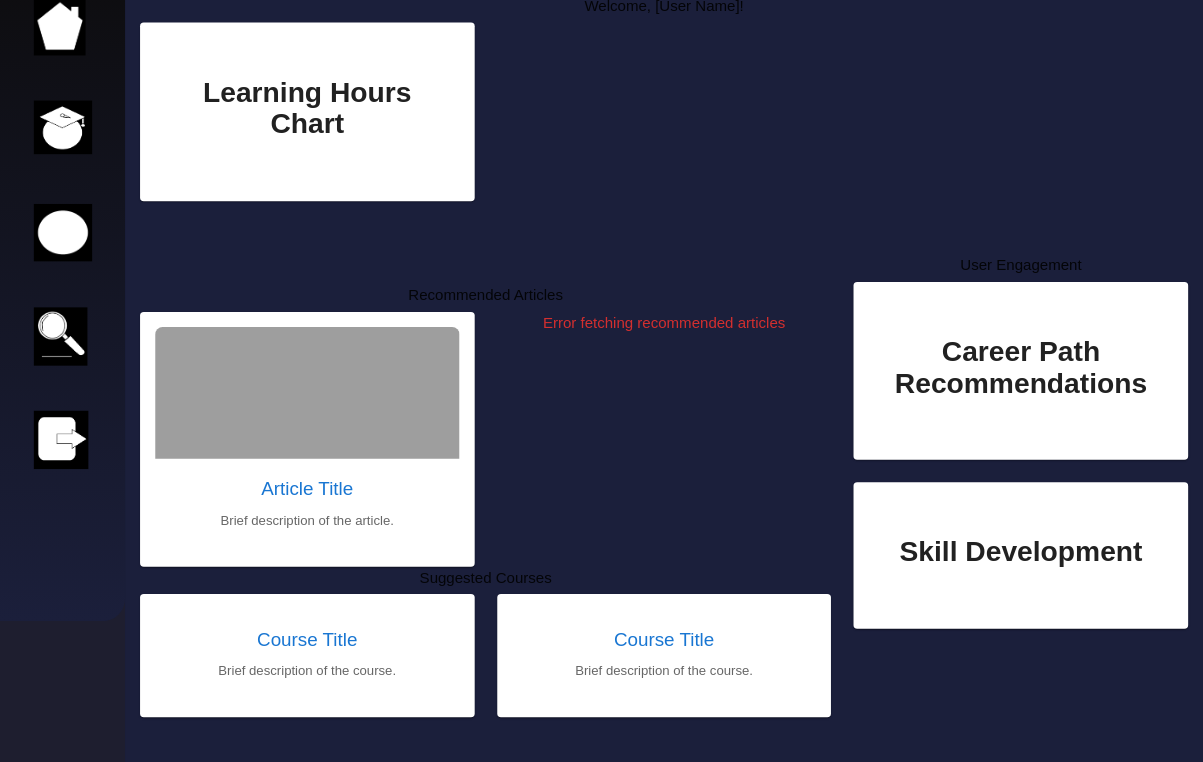
Repository: jvt2/OnlineCourseApp
Page: /dashboard
The author's editor kept a copy of each file at every save. The page is drawn from the files as they stood at one save, then again after the next save.
The browser window is 1280 px wide. The pictures show the whole page, at 94% of full size.
Pictures or frames that could not be fetched are drawn as grey boxes. The page's requests for data from a server got no answer. The project was rebuilt for these pictures with package versions that can differ from the ones it lists, and the page was loaded fresh each time. No one was signed in, and anything a server would have sent is missing. Also part of the build but not shown: src/features/auth/Register.js, src/features/auth/Login.js, src/features/courses/ResumeUpload.js, src/features/courses/CourseRecommendations.js, src/components/common/MyModal.js, src/features/courses/CourseCatalog.js, src/features/courses/CourseDetail.js, src/components/common/Navbar.js and 3 more. Imported but missing from the stored project, and not drawn on this page: src/app/reportWebVitals.

Above is the page before, as saved 2024-07-20 15:15:58.

### src/index.js
import React from 'react';
import ReactDOM from 'react-dom/client';
import { Provider } from 'react-redux';
import store from './redux/store';
import './index.css';
import App from './app/App';
import reportWebVitals from './app/reportWebVitals';

const root = ReactDOM.createRoot(document.getElementById('root'));
root.render(
  <React.StrictMode>
    <App />
  </React.StrictMode>
);

// If you want to start measuring performance in your app, pass a function
// to log results (for example: reportWebVitals(console.log))
// or send to an analytics endpoint. Learn more: https://bit.ly/CRA-vitals
reportWebVitals();

### src/redux/store.js
// src/redux/store.js

import { configureStore } from '@reduxjs/toolkit';
import userReducer from './userReducer';

const store = configureStore({
  reducer: {
    user: userReducer,
  },
});

export default store;

### src/redux/userReducer.js
// src/redux/userReducer.js
// src/redux/userReducer.js
import { createSlice } from '@reduxjs/toolkit';

const initialState = {
  id: null,
  email: null,
  token: null,
};

const userSlice = createSlice({
  name: 'user',
  initialState,
  reducers: {
    logIn(state, action) {
      state.id = action.payload.id;
      state.email = action.payload.email;
      state.token = action.payload.token;
    },
    logOut(state) {
      state.id = null;
      state.email = null;
      state.token = null;
    },
  },
});

export const { logIn, logOut } = userSlice.actions;
export default userSlice.reducer;

### src/app/App.css
/* App.css */
:root {
  --primary-bg-color: #1E1E2F;
  --secondary-bg-color: #282840;
  --primary-text-color: #F5F5F5;
  --link-color: #61dafb;
  --accent-color: #FF6B6B;
  --navbar-height: 4rem;
  --content-padding: 20px;
  --border-radius: 8px;
  --transition-duration: 0.3s;
  --gradient-bg-color: linear-gradient(120deg, #84fab0 0%, #8fd3f4 100%);
}

.App {
  text-align: center;
  font-family: 'Arial', sans-serif;
  background-color: var(--primary-bg-color);
}

.App-logo {
  height: 40vmin;
  pointer-events: none;
  filter: drop-shadow(0 0 10px var(--accent-color));
}

.App-header {
  background-color: var(--secondary-bg-color);
  min-height: 100vh;
  display: flex;
  flex-direction: column;
  align-items: center;
  justify-content: center;
  font-size: calc(10px + 2vmin);
  color: var(--primary-text-color);
  border-bottom-left-radius: var(--border-radius);
  border-bottom-right-radius: var(--border-radius);
}

.App-link {
  color: var(--link-color);
  transition: color var(--transition-duration);
}

.App-link:hover {
  color: var(--accent-color);
}

@media (prefers-reduced-motion: no-preference) {
  .App-logo {
    animation: App-logo-spin infinite 20s linear;
  }
}

@keyframes App-logo-spin {
  from {
    transform: rotate(0deg);
  }
  to {
    transform: rotate(360deg);
  }
}

.site-navbar {
  display: flex;
  align-items: center;
  background: var(--gradient-bg-color);
  padding: 10px 20px;
  height: var(--navbar-height);
  font-weight: 500;
  box-shadow: 0 4px 6px rgba(0, 0, 0, 0.1);
}

.navbar-nav {
  display: flex;
  align-items: center;
  list-style: none;
  margin: 0;
  padding: 0;
  flex-grow: 1;
  justify-content: center;
}

.nav-item {
  display: flex;
  align-items: center;
  justify-content: center;
  text-decoration: none;
  color: var(--primary-text-color);
  padding: 15px 25px;
  transition: all 0.3s ease-in-out;
  border-radius: var(--border-radius);
  position: relative;
}

.nav-item:before {
  content: '';
  position: absolute;
  top: 0;
  left: 0;
  width: 0;
  height: 100%;
  background: var(--accent-color);
  border-radius: var(--border-radius);
  transition: width 0.3s ease-in-out;
  z-index: -1;
}

.nav-item:hover:before {
  width: 100%;
}

.nav-item:hover {
  color: var(--secondary-bg-color);
  box-shadow: 0 4px 8px rgba(0, 0, 0, 0.2);
  text-decoration: none;
}

.navbar-brand {
  margin-right: auto;
  color: var(--primary-text-color);
  font-size: 1.5em;
  font-weight: bold;
}

.App-content {
  padding: var(--content-padding);
  color: var(--primary-text-color);
}

.App-footer {
  text-align: center;
  padding: var(--content-padding);
  background-color: var(--secondary-bg-color);
  color: var(--primary-text-color);
  box-shadow: 0 -4px 6px rgba(0, 0, 0, 0.1);
}

.course-recommendations {
  width: 80%;
  margin: auto;
  background: #f9f9f9;
  padding: 20px;
  border-radius: 5px;
  box-shadow: 0px 0px 10px rgba(0, 0, 0, 0.1);
}

.course-recommendations h2 {
  text-align: center;
  color: #333;
}

.course-recommendations .course {
  padding: 10px 0;
  border-bottom: 1px solid #eee;
}

.course-recommendations .course:last-child {
  border-bottom: none;
}

.course-recommendations .course button {
  margin-left: 10px;
}

body {
  background-color: #1a1a2e;
  color: #e94560;
}

.MuiContainer-root {
  background-color: #16213e;
  border-radius: 8px;
  padding: 20px;
  box-shadow: 0 4px 8px rgba(0, 0, 0, 0.2);
}

.customTextField .MuiInputBase-input {
  color: #fff;
  background-color: rgba(255, 255, 255, 0.1);
}

.customTextField .MuiInputLabel-root {
  color: rgba(255, 255, 255, 0.7);
}

.customTextField .MuiInputLabel-root.Mui-focused {
  color: #fff;
}

.customTextField .MuiOutlinedInput-root {
  &.Mui-focused .MuiOutlinedInput-notchedOutline {
    border-color: #fff;
  }
  & .MuiOutlinedInput-notchedOutline {
    border-color: rgba(255, 255, 255, 0.5);
  }
}

### src/features/auth/Logout.js
//features/auth/Logout.js
import { useEffect } from 'react';
import { useDispatch } from 'react-redux';
import { useNavigate } from 'react-router-dom';
import { logOut } from '../../redux/reducers/userslice'; // Import the logOut action

function Logout() {
  const navigate = useNavigate();
  const dispatch = useDispatch();

  useEffect(() => {
    localStorage.removeItem('token'); // Remove the token from local storage
    dispatch(logOut()); // Dispatch the logOut action
    navigate('/'); // Navigate to the landing page
  }, [dispatch, navigate]);

  return null;
}

export default Logout;

### src/theme/index.js
import { createTheme } from '@mui/material/styles';

// Create a theme instance.
const theme = createTheme({
  spacing: 8, // Or any other value or function you want to define
  typography: {
    fontFamily: 'Arial, sans-serif',
  },
  palette: {
    primary: {
      main: '#1976d2',
    },
    secondary: {
      main: '#dc004e',
    },
  },
});

export default theme;

### src/components/common/LandingPage.css
/* src/components/common/LandingPage.css */
body {
  display: flex;
  justify-content: center;
  align-items: center;
  height: 100vh;
  background-color: #f7f7f7;
  margin: 0;
  font-family: 'Roboto', sans-serif;
}

.sign-in-container {
  display: flex;
  justify-content: center;
  align-items: center;
  height: 100%;
  width: 100%;
}

.sign-in-form {
  background-color: white;
  padding: 60px;
  border-radius: 10px;
  box-shadow: 0 4px 8px rgba(0, 0, 0, 0.1);
  text-align: center;
  max-width: 600px;
  width: 90%;
}

.logo {
  width: 200px;
  height: 200px;
  margin-bottom: 30px;
  background-color: white;
  border-radius: 10px;
}

h1 {
  margin: 0;
  font-size: 32px;
  font-weight: 700;
}

.subtitle {
  margin: 10px 0;
  color: #555;
  font-size: 18px;
}

.google-sign-in {
  background-color: #ffffff;
  color: #000;
  border: 1px solid #ccc;
  padding: 15px;
  width: 100%;
  border-radius: 5px;
  margin-bottom: 30px;
  display: flex;
  justify-content: center;
  align-items: center;
  cursor: pointer;
  font-size: 18px;
  font-weight: 500;
  transition: background-color 0.3s;
}

.google-sign-in:hover {
  background-color: #f0f0f0;
}

.google-logo {
  width: 25px;
  margin-right: 10px;
}

.separator {
  display: flex;
  align-items: center;
  text-align: center;
  margin: 30px 0;
  color: #aaa;
  font-size: 18px;
}

.separator::before,
.separator::after {
  content: '';
  flex: 1;
  border-bottom: 1px solid #ccc;
}

.separator:not(:empty)::before {
  margin-right: .5em;
}

.separator:not(:empty)::after {
  margin-left: .5em;
}

.email-input,
.password-input {
  width: 100%;
  padding: 15px;
  margin-bottom: 30px;
  border: 1px solid #ccc;
  border-radius: 5px;
  font-size: 18px;
  transition: border-color 0.3s;
}

.email-input:focus,
.password-input:focus {
  border-color: #007bff;
  outline: none;
}

.continue-button {
  background-color: #9b51e0;
  color: white;
  border: none;
  padding: 15px;
  width: 100%;
  border-radius: 5px;
  font-size: 18px;
  font-weight: 500;
  cursor: pointer;
  transition: background-color 0.3s;
  margin-bottom: 10px; /* Add margin to separate the buttons */
}

.continue-button:hover {
  background-color: #7a3bc0;
}

.email-error {
  color: red;
  margin-top: 10px;
  font-size: 14px;
}

.back-button {
  background-color: #ccc;
  color: white;
  border: none;
  padding: 15px;
  width: 100%;
  border-radius: 5px;
  font-size: 18px;
  font-weight: 500;
  cursor: pointer;
  transition: background-color 0.3s;
  margin-bottom: 10px; /* Add margin to separate the buttons */
}

.back-button:hover {
  background-color: #aaa;
}

.sign-up-link {
  margin-top: 30px;
  color: #aaa;
  font-size: 18px;
}

.sign-up-link a {
  color: #9b51e0;
  text-decoration: none;
}

.sign-up-link a:hover {
  text-decoration: underline;
}

### src/features/dashboard/Dashboard.css
:root {
  --primary-color: #0C0B0B;
  --secondary-color: #1b1f3b;
  --text-color: #FFFFFF;
  --icon-color: #BBBBBB;
  --icon-active-color: #FFFFFF;
  --icon-hover-color: #E0E0E0;
  --accent-color: #4a90e2;
  --hover-color: rgba(255, 255, 255, 0.2);
  --focus-color: rgba(255, 255, 255, 0.3);
  --font-main: 'Arial', sans-serif;
  --font-header: 'Baloo Bhai', sans-serif;
  --border-radius: 24px;
  --transition-speed: 0.3s;
  --spacing-unit: 16px;
  --icon-size: 62px;
}

/* Dark mode */
@media (prefers-color-scheme: dark) {
  :root {
    --primary-color: #1a1a1a;
    --secondary-color: #121212;
    --text-color: #e0e0e0;
    --icon-color: #CCCCCC;
    --icon-active-color: #FFFFFF;
    --icon-hover-color: #FFFFFF;
    --accent-color: #bb86fc;
    --hover-color: rgba(255, 255, 255, 0.3);
    --focus-color: rgba(255, 255, 255, 0.4);
  }
}
/* General styles for the dashboard */
body {
  margin: 0;
  font-family: var(--font-main);
  font-size: clamp(16px, 2vw, 20px);
  color: var(--text-color);
  background-color: var(--secondary-color);
}

.container {
  display: flex;
  grid-template-columns: 133px 1fr;
  min-height: 100vh;
}

.sidebar {
  width: 133px;
  background: var(--primary-color);
  border-radius: 0 var(--border-radius) var(--border-radius) 0;
  display: flex;
  flex-direction: column;
  align-items: center;
  justify-content: space-between;
  padding: var(--spacing-unit) 0;
  position: fixed;
  height: 100vh;
  background: linear-gradient(180deg, #0C0B0B 0%, #1b1f3b 100%);
}

.sidebar-main {
  display: flex;
  flex-direction: column;
  align-items: center;
  width: 100%;
  gap: var(--spacing-unit);
  padding: var(--spacing-unit);
}

.sidebar-logo {
  font-family: var(--font-header);
  color: var(--text-color);
  font-weight: 400;
  font-size: 64px;
  line-height: 102px;
  margin-bottom: 40px;
  text-align: center;
  margin-top: var(--spacing-unit);
}

.sidebar-icon {
  width: var(--icon-size);
  height: var(--icon-size);
  margin: var(--spacing-unit) 0;
  cursor: pointer;
  background-size: contain;
  background-repeat: no-repeat;
  transition: all var(--transition-speed) ease;
  color: var(--icon-color);
}
.sidebar-icon:hover {
  background-color: var(--hover-color);
  color: var(--icon-hover-color);
  transform: scale(1.1);
}

.sidebar-icon:focus {
  outline: none;
  box-shadow: 0 0 0 3px var(--focus-color);
}
.sidebar-icon.icon-home {
  background-image: url('/public/assets/home_I.png');
}

.sidebar-icon.icon-graduation {
  background-image: url('/public/assets/enroll.png');
}

.sidebar-icon.icon-user {
  background-image: url('/public/assets/user.png');
}

.sidebar-icon.icon-search {
  background-image: url('/public/assets/search.png');
}

.sidebar-icon.icon-logout {
  background-image: url('/public/assets/logout.png');
}

.dashboard-container {
  background-color: var(--secondary-color);
  padding: var(--spacing-unit);
  display: grid;
  grid-template-rows: auto 1fr;
  gap: var(--spacing-unit);
  margin-left: 133px; /* This ensures the content doesn't overlap with the sidebar */
  overflow-y: auto;
}

.dashboard-header {
  margin-bottom: var(--spacing-unit);
  text-align: center;
  font-family: var(--font-header);
}

.grid-item {
  background-color: var(--secondary-color);
  padding: var(--spacing-unit);
  border-radius: var(--border-radius);
  box-shadow: 0 2px 10px rgba(0, 0, 0, 0.1);
}

.card-content, .card-actions {
  padding: var(--spacing-unit);
}

.card-actions {
  display: flex;
  justify-content: flex-end;
}

.recommendations-container {
  background-color: #f5f5f5;
  border-radius: var(--border-radius);
  padding: var(--spacing-unit);
  margin-bottom: var(--spacing-unit);
}

.recommendation-item {
  background-color: white;
  border-radius: 4px;
  padding: var(--spacing-unit);
  margin-bottom: var(--spacing-unit);
  box-shadow: 0 2px 4px rgba(0, 0, 0, 0.1);
}

.recommendation-title {
  font-weight: bold;
  margin-bottom: 5px;
}

.recommendation-description {
  color: #666;
  font-size: 0.9em;
}

/* Media Queries */
@media (max-width: 768px) {
  .container {
    grid-template-columns: 1fr;
  }

  .sidebar {
    flex-direction: row;
    justify-content: space-around;
    border-radius: 0;
    width: 100%;
    height: auto;
    padding: var(--spacing-unit);
    position: relative;
  }

  .sidebar-main {
    flex-direction: row;
  }

  .sidebar-icon {
    margin: 10px;
  }

  .dashboard-header {
    font-size: 1.5rem;
  }

  .dashboard-container {
    margin-left: 0;
  }
}

@media (max-width: 480px) {
  .container {
    flex-direction: column;
  }

  .sidebar {
    flex-direction: column;
    align-items: flex-start;
    padding: 10px;
    position: relative;
  }

  .sidebar-main {
    flex-direction: row;
  }

  .sidebar-icon {
    margin: 5px;
  }

  .dashboard-header {
    font-size: 1.2rem;
  }

  .dashboard-container {
    margin-left: 0;
  }
}

### src/features/dashboard/TopSection.js
// src/features/dashboard/TopSection.js
import React from 'react';
import { Box, Typography, Grid, Card, CardContent } from '@mui/material';
import LearningHoursChart from '../../components/common/Charts/LearningHoursChart';
import useDashboardStyles from '../../styles/dashboardstyles'; // Ensure correct casing

function TopSection() {
  const classes = useDashboardStyles();

  return (
    <Box className={classes.section}>
      <Typography className={classes.header} gutterBottom>
        Welcome, [User Name]!
      </Typography>
      <Grid container spacing={3}>
        <Grid item xs={12} md={4}>
          <Card className={classes.card}>
            <CardContent className={classes.cardContent}>
              <LearningHoursChart />
            </CardContent>
          </Card>
        </Grid>
      </Grid>
    </Box>
  );
}

export default TopSection;

### src/features/dashboard/SideSection.js
// src/features/dashboard/SideSection.js
import React from 'react';
import { Box, Typography, Grid, Card, CardContent } from '@mui/material';
import CareerPathRecommendations from '../../components/common/Recommendations/CareerPathRecommendations';
import SkillDevelopment from '../../components/common/Recommendations/SkillDevelopment';
import useDashboardStyles from '../../styles/dashboardstyles'; // Ensure correct casing

function SideSection() {
  const classes = useDashboardStyles();

  return (
    <Box className={classes.section}>
      <Typography className={classes.sectionTitle} gutterBottom>
        User Engagement
      </Typography>
      <Grid container spacing={3}>
        <Grid item xs={12}>
          <Card className={classes.card}>
            <CardContent className={classes.cardContent}>
              <CareerPathRecommendations />
            </CardContent>
          </Card>
        </Grid>
        <Grid item xs={12}>
          <Card className={classes.card}>
            <CardContent className={classes.cardContent}>
              <SkillDevelopment />
            </CardContent>
          </Card>
        </Grid>
      </Grid>
    </Box>
  );
}

export default SideSection;

### src/redux/reducers/userslice.js
import { createSlice } from '@reduxjs/toolkit';

const userSlice = createSlice({
  name: 'user',
  initialState: { name: '', loggedIn: false },
  reducers: {
    logIn: (state, action) => {
      state.name = action.payload.name;
      state.loggedIn = true;
    },
    logOut: (state) => {
      state.name = '';
      state.loggedIn = false;
    }
  }
});

export const { logIn, logOut } = userSlice.actions;
export default userSlice.reducer;

### src/components/common/Charts/LearningHoursChart.js
// src/components/Charts/LearningHoursChart.js
import React from 'react';

function LearningHoursChart() {
  return (
    <div>
      <h2>Learning Hours Chart</h2>
    </div>
  );
}

export default LearningHoursChart;

### src/styles/dashboardstyles.js
// src/styles/dashboardStyles.js
import { makeStyles } from '@mui/styles';

const useDashboardStyles = makeStyles((theme) => ({
  container: {
    marginTop: theme.spacing(4),
  },
  section: {
    marginBottom: theme.spacing(4),
  },
  card: {
    padding: theme.spacing(2),
    boxShadow: '0 2px 10px rgba(0, 0, 0, 0.1)',
    borderRadius: '8px',
    transition: 'transform 0.2s ease-in-out',
    '&:hover': {
      transform: 'translateY(-5px)',
    },
  },
  cardContent: {
    padding: theme.spacing(2),
  },
  cardMedia: {
    height: 140,
    borderRadius: '8px 8px 0 0',
  },
  cardTitle: {
    fontFamily: theme.typography.fontFamily,
    color: theme.palette.primary.main,
  },
  cardDescription: {
    fontFamily: theme.typography.fontFamily,
    color: theme.palette.text.secondary,
  },
  sectionTitle: {
    fontSize: '1.25rem',
    fontWeight: 'bold',
    marginBottom: theme.spacing(2),
    color: theme.palette.text.primary,
  },
  header: {
    fontSize: '2rem',
    fontWeight: 'bold',
    marginBottom: theme.spacing(2),
    color: theme.palette.text.primary,
  },
  welcomeText: {
    marginBottom: theme.spacing(1),
    color: theme.palette.text.primary,
  },
}));

export default useDashboardStyles;

### src/components/common/Articles/RecommendedArticles.js
// src/components/Articles/RecommendedArticles.js
import React, { useEffect, useState } from 'react';
import { useSelector } from 'react-redux';
import axios from 'axios';
import { Box, Typography, Card, CardContent, CircularProgress } from '@mui/material';
import { makeStyles } from '@mui/styles';
import Carousel from 'react-material-ui-carousel';
import useDashboardStyles from '../../../styles/dashboardstyles';

const useStyles = makeStyles(() => ({
  cardMedia: {
    height: 140,
    borderRadius: '8px 8px 0 0',
  },
}));
function RecommendedArticles() {
  const classes = useStyles();
  const dashboardClasses = useDashboardStyles();
  const [articles, setArticles] = useState([]);
  const [loading, setLoading] = useState(true);
  const [error, setError] = useState(null);
  const userId = useSelector(state => state.user.id);
  const token = useSelector(state => state.user.token);

  useEffect(() => {
    const fetchRecommendedArticles = async () => {
      try {
        const response = await axios.get(`http://localhost:3001/user/${userId}/recommended-articles`, {
          headers: {
            Authorization: `Bearer ${token}`,
          },
        });
        setArticles(response.data);
      } catch (error) {
        setError('Error fetching recommended articles');
        console.error('Error fetching recommended articles:', error);
      } finally {
        setLoading(false);
      }
    };

    fetchRecommendedArticles();
  }, [userId, token]);

  if (loading) {
    return <CircularProgress />;
  }

  if (error) {
    return <Typography color="error">{error}</Typography>;
  }

  return (
    <Box p={4} bgcolor="background.paper" minHeight="100vh">
      <Typography variant="h5" fontWeight="bold" mb={2} color="primary">
        Recommended Articles
      </Typography>
      {articles.length > 0 ? (
        <Carousel>
          {articles.map((article, index) => (
            <Card key={index} className={dashboardClasses.card}>
              {article.image && (
                <img
                  src={article.image}
                  alt={article.title}
                  className={classes.cardMedia}
                />
              )}
              <CardContent className={dashboardClasses.cardContent}>
                <Typography variant="h6" className={dashboardClasses.cardTitle}>
                  {article.title}
                </Typography>
                <Typography variant="body1" className={dashboardClasses.cardDescription}>
                  {article.description}
                </Typography>
                {article.link && (
                  <Typography variant="body2">
                    <a href={article.link} target="_blank" rel="noopener noreferrer">
                      Read more
                    </a>
                  </Typography>
                )}
              </CardContent>
            </Card>
          ))}
        </Carousel>
      ) : (
        <Typography variant="body1" color="textSecondary">No recommendations available.</Typography>
      )}
    </Box>
  );
}

export default RecommendedArticles;

### src/components/common/Recommendations/CareerPathRecommendations.js
// src/components/Recommendations/CareerPathRecommendations.js
import React from 'react';

function CareerPathRecommendations() {
  return (
    <div>
      <h2>Career Path Recommendations</h2>
    </div>
  );
}

export default CareerPathRecommendations;

### src/components/common/Recommendations/SkillDevelopment.js
// src/components/Recommendations/SkillDevelopment.js
import React from 'react';

function SkillDevelopment() {
  return (
    <div>
      <h2>Skill Development</h2>
    </div>
  );
}

export default SkillDevelopment;

Loaded but not shown: public/index.html (common file); src/index.css (common file); src/app/App.js (106 lines, source omitted); src/features/dashboard/Dashboard.js (85 lines, source omitted); src/features/dashboard/BottomSection.js (44 lines, source omitted); src/features/dashboard/MiddleSection.js (43 lines, source omitted)

After the next save:
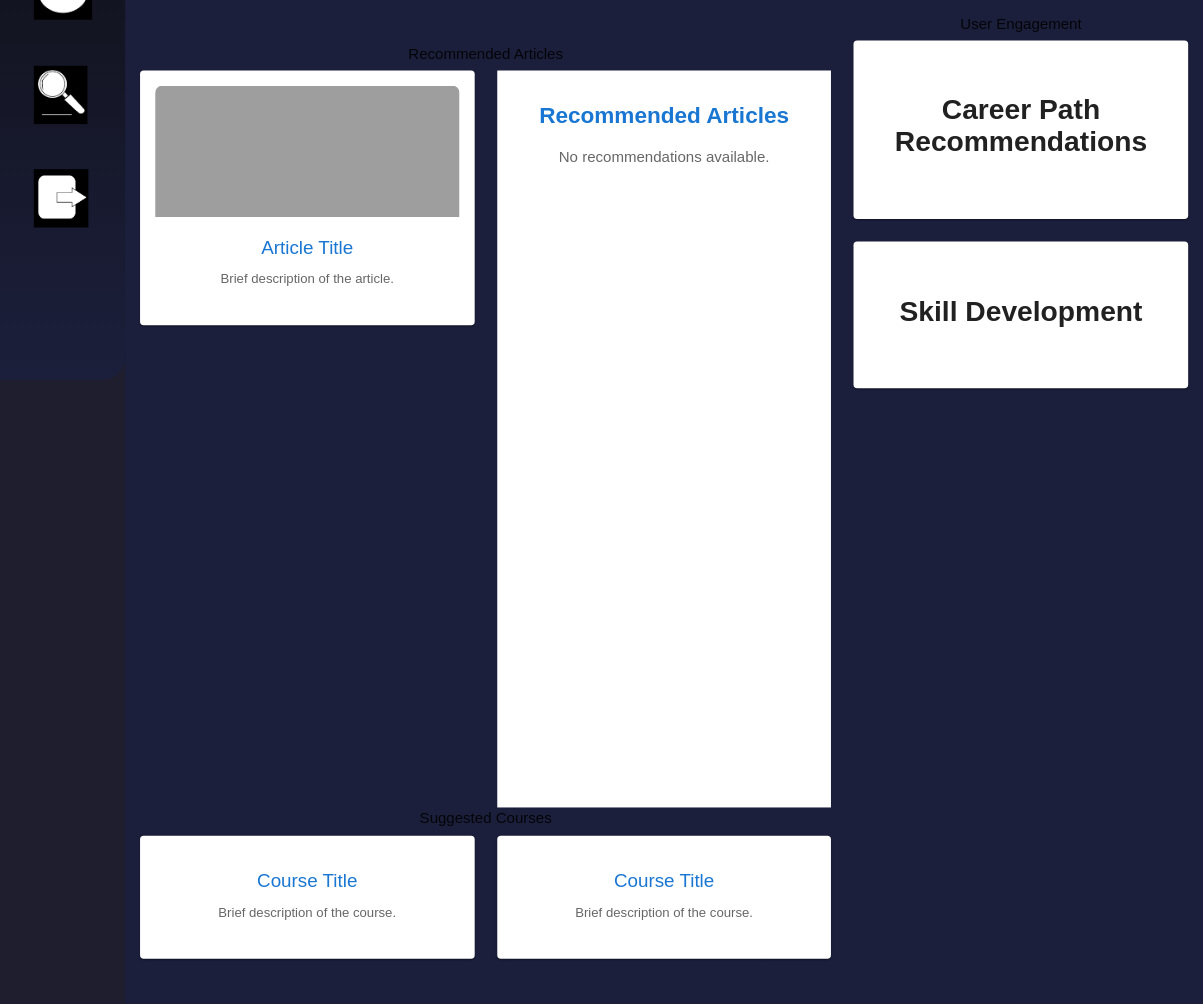
Saved 87 min 48 s later.
--- a/src/components/common/Articles/RecommendedArticles.js
+++ b/src/components/common/Articles/RecommendedArticles.js
@@ -13,6 +13,7 @@
     borderRadius: '8px 8px 0 0',
   },
 }));
+
 function RecommendedArticles() {
   const classes = useStyles();
   const dashboardClasses = useDashboardStyles();
@@ -23,23 +24,33 @@
   const token = useSelector(state => state.user.token);
 
   useEffect(() => {
+    console.log('useEffect triggered:', { userId, token });
+
     const fetchRecommendedArticles = async () => {
       try {
+        console.log('Fetching recommended articles for userId:', userId);
         const response = await axios.get(`http://localhost:3001/user/${userId}/recommended-articles`, {
           headers: {
             Authorization: `Bearer ${token}`,
           },
         });
+        console.log('Fetched recommended articles:', response.data);
         setArticles(response.data);
       } catch (error) {
+        console.error('Error fetching recommended articles:', error);
         setError('Error fetching recommended articles');
-        console.error('Error fetching recommended articles:', error);
       } finally {
         setLoading(false);
+        console.log('Loading state set to false');
       }
     };
 
-    fetchRecommendedArticles();
+    if (userId && token) {
+      fetchRecommendedArticles();
+    } else {
+      console.log('Missing userId or token:', { userId, token });
+      setLoading(false);
+    }
   }, [userId, token]);
 
   if (loading) {
